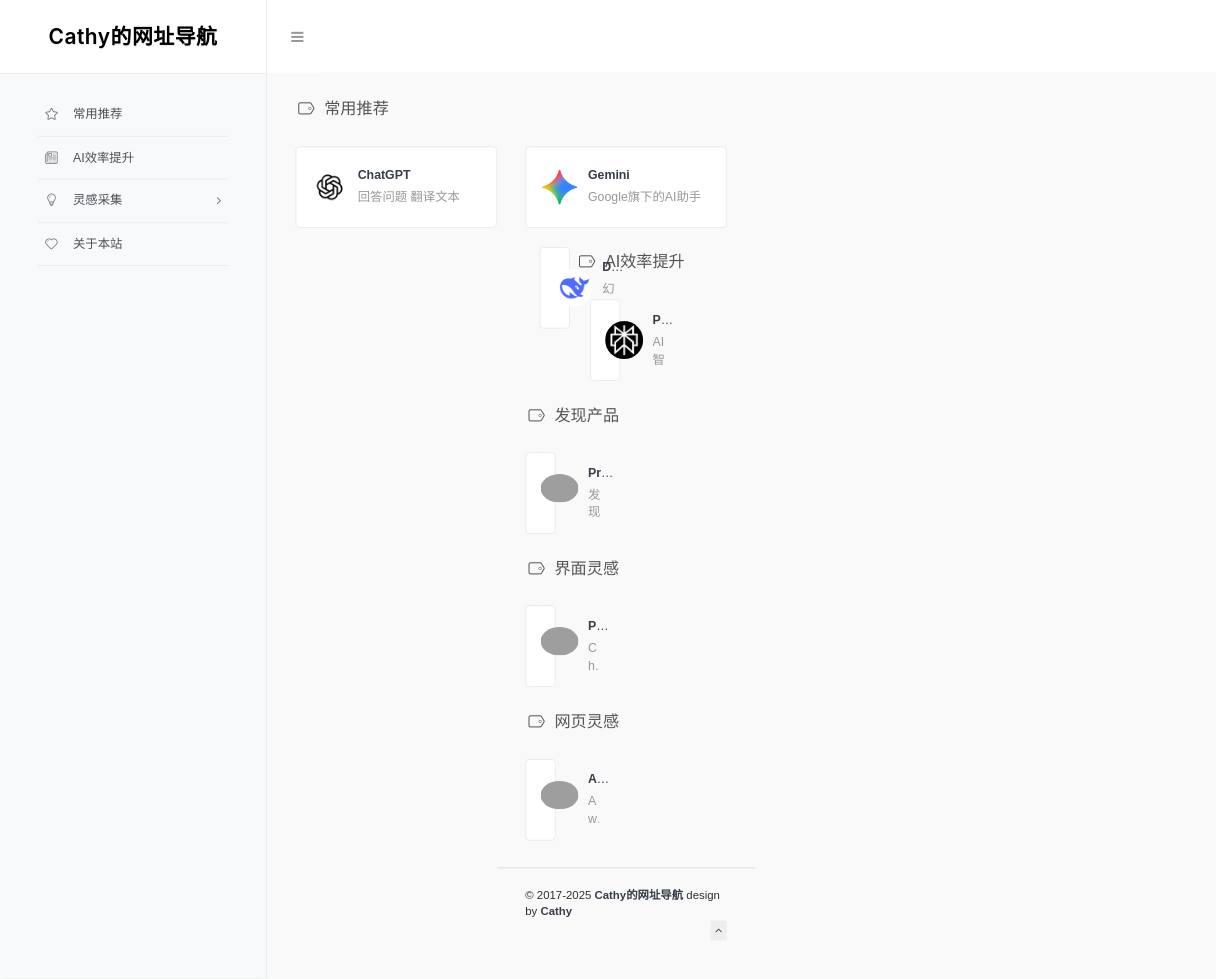
Repository: SweetPomelo0/AINav
Page: cn/index.html
An editor plug-in stored every save of this project. The page is shown before and after the next save, followed by the edit.
The browser window is 1280 px wide. The pictures show the whole page, at 95% of full size.
Pictures or frames that could not be fetched are drawn as grey boxes.

Above is the page before, as saved 2025-07-24 23:09:02.

### cn/index.html
<!doctype html>
<html lang="zh">
  <head>
    <meta charset="utf-8" />
    <meta http-equiv="X-UA-Compatible" content="IE=edge" />
    <meta name="viewport" content="width=device-width, initial-scale=1.0" />
    <meta name="author" content="viggo" />
    <title>Cathy的网址导航</title>
    <meta name="keywords" content="Cathy的网址导航,收集工作中常用网址" />
    <meta name="description" content="Cathy的网址导航,收集工作中常用网址" />
    <link rel="shortcut icon" href="../assets/images/favicon.png" />
    <link
      rel="stylesheet"
      href="http://fonts.googleapis.com/css?family=Arimo:400,700,400italic"
    />
    <link
      rel="stylesheet"
      href="../assets/css/fonts/linecons/css/linecons.css"
    />
    <link
      rel="stylesheet"
      href="../assets/css/fonts/fontawesome/css/font-awesome.min.css"
    />
    <link rel="stylesheet" href="../assets/css/bootstrap.css" />
    <link rel="stylesheet" href="../assets/css/xenon-core.css" />
    <link rel="stylesheet" href="../assets/css/xenon-components.css" />
    <link rel="stylesheet" href="../assets/css/xenon-skins.css" />
    <link rel="stylesheet" href="../assets/css/nav.css" />
    <style>
      /* 自定义logo文字样式 */
      .logo-text {
        text-decoration: none !important;
        display: block;
      }

      .logo-title {
        background: linear-gradient(135deg, #000000 0%, #000000 50%, #000000 100%);
        -webkit-background-clip: text;
        -webkit-text-fill-color: transparent;
        background-clip: text;
        font-size: 22px;
        font-weight: 600;
        font-family: 'Microsoft YaHei', 'PingFang SC', 'SF Pro Display', 'Helvetica Neue', Arial, sans-serif;
        text-decoration: none;
        display: block;
        line-height: 1.3;
        letter-spacing: 0.5px;
        transition: all 0.3s ease;
        text-shadow: 0 1px 1px rgba(0,0,0,0.1);
        text-align: center;
        width: 100%;
        /* 调整上下间距 */
        padding: 5px 0;
      }

      .logo-title-collapsed {
         color: #ffffff;
         font-size: 22px;
         font-weight: 700;
         font-family: 'Microsoft YaHei', 'PingFang SC', 'SF Pro Display', 'Helvetica Neue', Arial, sans-serif;
         text-decoration: none;
         display: inline-block;
         line-height: 1;
         text-align: center;
         width: 42px;
         height: 42px;
         line-height: 42px;
         background: linear-gradient(135deg, #000000 0%, #000000 50%, #000000 100%);
         border-radius: 12px;
         transition: all 0.3s cubic-bezier(0.4, 0, 0.2, 1);
         box-shadow: 0 4px 12px rgba(30, 136, 229, 0.3);
         border: 2px solid rgba(255, 255, 255, 0.1);
       }


      /* 确保logo容器样式 */
       .sidebar-menu .logo-env .logo {
         text-align: center !important;
         width: 100% !important;
         float: none !important;
         display: flex !important;
         justify-content: center !important;
         align-items: center !important;
       }

       /* 添加微妙的发光效果
       .logo-title::before {
         content: '';
         position: absolute;
         top: 0;
         left: 0;
         right: 0;
         bottom: 0;
         background: linear-gradient(135deg, rgba(199, 129, 191, 0.1) 0%, rgba(199, 129, 191, 0.1) 100%);
         border-radius: 8px;
         opacity: 0;
         transition: opacity 0.3s ease;
         z-index: -1;
       }*/

       .logo-text:hover .logo-title::before {
         opacity: 1;
       }

       /* 为logo文字添加相对定位 */
       .logo-title {
         position: relative;
       }

       /* 浅色侧边栏主题样式 */
       .sidebar-menu {
         background: #f8f9fa !important;
         border-right: 1px solid #e9ecef;
         box-shadow: 2px 0 10px rgba(0,0,0,0.1);
       }

       .sidebar-menu .logo-env {
         background: #ffffff;
         border-bottom: 1px solid #e9ecef !important;
         height: 78px;
       }

       .sidebar-menu .main-menu a {
         color: #495057 !important;
         border-bottom: 1px solid #e9ecef !important;
         transition: all 0.3s ease;
       }

       .sidebar-menu .main-menu a:hover {
         color: #007bff !important;
         background: #f1f3f4;
         padding-left: 15px;
         border-left: 3px solid #007bff;
       }

       .sidebar-menu .main-menu li.active > a {
         color: #007bff !important;
         background: #e3f2fd;
         border-left: 3px solid #007bff;
         font-weight: 500;
       }

       .sidebar-menu .main-menu a > i {
         color: #6c757d;
       }

       .sidebar-menu .main-menu a:hover > i,
       .sidebar-menu .main-menu li.active > a > i {
         color: #007bff;
       }

       .sidebar-menu .main-menu li.has-sub > a:before {
         color: #6c757d !important;
       }

       .sidebar-menu .main-menu li.has-sub:hover > a:before,
       .sidebar-menu .main-menu li.has-sub.active > a:before {
         color: #007bff !important;
       }

       /* 子菜单样式 */
       .sidebar-menu .main-menu ul li a {
         color: #6c757d !important;
         padding-left: 35px;
         font-size: 13px;
       }

       .sidebar-menu .main-menu ul li a:hover {
         color: #007bff !important;
         background: #f8f9fa;
         padding-left: 45px;
       }

       .sidebar-menu .main-menu ul li.active > a {
         color: #007bff !important;
         background: #e3f2fd;
         font-weight: 500;
       }

       /* 标签样式调整 */
       .sidebar-menu .main-menu .label {
         background: #28a745;
         color: white;
       }

       .sidebar-menu .main-menu .label-pink {
         background: #e91e63;
       }

       .sidebar-menu .main-menu .label-Primary {
         background: #007bff;
       }
    </style>
    <script src="../assets/js/jquery-1.11.1.min.js"></script>
  </head>

  <body class="page-body">
    <!-- skin-white -->
    <div class="page-container">
      <div class="sidebar-menu toggle-others fixed">
        <div class="sidebar-menu-inner">
          <header class="logo-env">
            <!-- logo -->
            <div class="logo">
              <a href="index.html" class="logo-expanded logo-text">
                <span class="logo-title">Cathy的网址导航</span>
              </a>
              <a href="index.html" class="logo-collapsed logo-text">
                <span class="logo-title-collapsed">C</span>
              </a>
            </div>

          </header>
          <ul id="main-menu" class="main-menu">
            <li>
              <a href="#常用推荐" class="smooth">
                <i class="linecons-star"></i>
                <span class="title">常用推荐</span>
              </a>
            </li>
            <li>
              <a href="#AI效率提升" class="smooth">
                <i class="linecons-doc"></i>
                <span class="title">AI效率提升</span>
              </a>
            </li>
            <li>
              <a>
                <i class="linecons-lightbulb"></i>
                <span class="title">灵感采集</span>
              </a>
              <ul>
                <li>
                  <a href="#发现产品" class="smooth">
                    <span class="title">发现产品</span>
                  </a>
                </li>
                <li>
                  <a href="#界面灵感" class="smooth">
                    <span class="title">界面灵感</span>
                  </a>
                </li>
                <li>
                  <a href="#网页灵感" class="smooth">
                    <span class="title">网页灵感</span>
                    <span class="label label-pink pull-right hidden-collapsed"
                      >Hot</span
                    >
                  </a>
                </li>

              </ul>
            </li>

            <li>
              <a href="about.html">
                <i class="linecons-heart"></i>
                <span class="tooltip-blue">关于本站</span>
                <!-- <span class="label label-Primary pull-right hidden-collapsed"
                  > </span> -->
              </a>
            </li>

          </ul>
        </div>
      </div>
      <div class="main-content">
        <nav class="navbar user-info-navbar" role="navigation">
          <!-- User Info, Notifications and Menu Bar -->
          <!-- Left links for user info navbar -->
          <ul class="user-info-menu left-links list-inline list-unstyled">
            <li class="hidden-sm hidden-xs">
              <a href="#" data-toggle="sidebar">
                <i class="fa-bars"></i>
              </a>
            </li>
        </nav>

        <!-- 常用推荐 -->
        <h4 class="text-gray">
          <i class="linecons-tag" style="margin-right: 7px" id="常用推荐"></i>常用推荐
        </h4>
        <div class="row">
          <div class="col-sm-3">
                    <div class="xe-widget xe-conversations box2 label-info" onclick="window.open('https://chatgpt.com/', '_blank')" data-toggle="tooltip" data-placement="bottom" title="" data-original-title="https://chatgpt.com/">
                        <div class="xe-comment-entry">
                            <a class="xe-user-img">
                                <img data-src="../assets/images/logos/chatgpt.png" class="lozad img-circle" width="40">
                            </a>
                            <div class="xe-comment">
                                <a href="#" class="xe-user-name overflowClip_1">
                                    <strong>ChatGPT</strong>
                                </a>
                                <p class="overflowClip_2">回答问题 翻译文本</p>
                            </div>
                        </div>
                    </div>
                </div>

          <div class="col-sm-3">
            <div
              class="xe-widget xe-conversations box2 label-info"
              onclick="window.open('https://gemini.google.com/app', '_blank')"
              data-toggle="tooltip"
              data-placement="bottom"
              title=""
              data-original-title="https://gemini.google.com/app"
            >
              <div class="xe-comment-entry">
                <a class="xe-user-img">
                  <img
                    data-src="../assets/images/logos/gemini.png"
                    class="lozad img-circle"
                    width="40"
                  />
                </a>
                <div class="xe-comment">
                  <a href="#" class="xe-user-name overflowClip_1">
                    <strong> Gemini</strong>
                  </a>
                  <p class="overflowClip_2">
                    Google旗下的AI助手
                  </p>
                </div>
              </div>
          </div>

          <div class="col-sm-3">
            <div
              class="xe-widget xe-conversations box2 label-info"
              onclick="window.open('https://chat.deepseek.com/', '_blank')"
              data-toggle="tooltip"
              data-placement="bottom"
              title=""
              data-original-title="https://chat.deepseek.com/"
            >
              <div class="xe-comment-entry">
                <a class="xe-user-img">
                  <img
                    data-src="../assets/images/logos/deepseek.png"
                    class="lozad img-circle"
                    width="40"
                  />
                </a>
                <div class="xe-comment">
                  <a href="#" class="xe-user-name overflowClip_1">
                    <strong> DeepSeek</strong>
                  </a>
                  <p class="overflowClip_2">
                    幻方量化推出的AI智能助手
                  </p>
                </div>
              </div>
          </div>


        </div>
        <br />
        <!-- END 常用推荐 -->

        <!-- AI效率提升 -->
        <h4 class="text-gray">
          <i class="linecons-tag" style="margin-right: 7px" id="AI效率提升"></i
          >AI效率提升
        </h4>
        <div class="row">
          <div class="col-sm-3">
            <div
              class="xe-widget xe-conversations box2 label-info"
              onclick="window.open('https://www.perplexity.ai/', '_blank')"
              data-toggle="tooltip"
              data-placement="bottom"
              title=""
              data-original-title="https://www.perplexity.ai/"
            >
              <div class="xe-comment-entry">
                <a class="xe-user-img">
                  <img
                    data-src="../assets/images/logos/perplexity.png"
                    class="lozad img-circle"
                    width="40"
                  />
                </a>
                <div class="xe-comment">
                  <a href="#" class="xe-user-name overflowClip_1">
                    <strong>Perplexity</strong>
                  </a>
                  <p class="overflowClip_2">
                    AI智能搜索
                  </p>
                </div>
              </div>
            </div>
          </div>
        </div>

        <br />
        <!--END AI提效 -->
        <!-- 发现产品 -->
        <h4 class="text-gray">
          <i class="linecons-tag" style="margin-right: 7px" id="发现产品"></i
          >发现产品
        </h4>
        <div class="row">
          <div class="col-sm-3">
            <div
              class="xe-widget xe-conversations box2 label-info"
              onclick="window.open('https://www.producthunt.com/', '_blank')"
              data-toggle="tooltip"
              data-placement="bottom"
              title=""
              data-original-title="https://www.producthunt.com/"
            >
              <div class="xe-comment-entry">
                <a class="xe-user-img">
                  <img
                    data-src="../assets/images/logos/producthunt.png"
                    class="lozad img-circle"
                    width="40"
                  />
                </a>
                <span
                  class="label label-info"
                  data-toggle="tooltip"
                  data-placement="left"
                  title=""
                  data-original-title="Hello I am a Tooltip"
                ></span>
                <div class="xe-comment">
                  <a href="#" class="xe-user-name overflowClip_1">
                    <strong>Producthunt</strong>
                  </a>
                  <p class="overflowClip_2">发现新鲜有趣的产品</p>
                </div>
              </div>
            </div>
          </div>
        </div>
        <br />
        <!--END 发现产品 -->
        <!-- 界面灵感 -->
        <h4 class="text-gray">
          <i class="linecons-tag" style="margin-right: 7px" id="界面灵感"></i
          >界面灵感
        </h4>
        <div class="row">
          <div class="col-sm-3">
            <div
              class="xe-widget xe-conversations box2 label-info"
              onclick="window.open('https://www.pttrns.com/', '_blank')"
              data-toggle="tooltip"
              data-placement="bottom"
              title=""
              data-original-title="https://www.pttrns.com/"
            >
              <div class="xe-comment-entry">
                <a class="xe-user-img">
                  <img
                    data-src="../assets/images/logos/Pttrns.png"
                    class="lozad img-circle"
                    width="40"
                  />
                </a>
                <div class="xe-comment">
                  <a href="#" class="xe-user-name overflowClip_1">
                    <strong>Pttrns</strong>
                  </a>
                  <p class="overflowClip_2">
                    Check out the finest collection of design patterns,
                    resources, mobile apps and inspiration
                  </p>
                </div>
              </div>
            </div>
          </div>

        </div>
        <!--END 界面灵感 -->
        <br />
        <!-- 网页灵感 -->
        <h4 class="text-gray">
          <i class="linecons-tag" style="margin-right: 7px" id="网页灵感"></i
          >网页灵感
        </h4>
        <div class="row">
          <div class="col-sm-3">
            <div
              class="xe-widget xe-conversations box2 label-info"
              onclick="window.open('https://www.awwwards.com/', '_blank')"
              data-toggle="tooltip"
              data-placement="bottom"
              title=""
              data-original-title="https://www.awwwards.com/"
            >
              <div class="xe-comment-entry">
                <a class="xe-user-img">
                  <img
                    data-src="../assets/images/logos/awwwards.png"
                    class="lozad img-circle"
                    width="40"
                  />
                </a>
                <div class="xe-comment">
                  <a href="#" class="xe-user-name overflowClip_1">
                    <strong>Awwwards</strong>
                  </a>
                  <p class="overflowClip_2">
                    Awwwards are the Website Awards that recognize and promote
                    the talent and effort of the best developers, designers and
                    web agencies in the world.
                  </p>
                </div>
              </div>
            </div>
          </div>

        </div>

        <br />

        <footer class="main-footer sticky footer-type-1">
          <div class="footer-inner">
            <!-- Add your copyright text here -->
            <div class="footer-text">
              &copy; 2017-2025
              <a href="../cn/about.html"><strong>Cathy的网址导航</strong></a> design by
              <a href="https://www.viggoz.com" target="_blank"
                ><strong>Cathy</strong></a
              >
              <!--  - Purchase for only <strong>23$</strong> -->
            </div>
            <!-- Go to Top Link, just add rel="go-top" to any link to add this functionality -->
            <div class="go-up">
              <a href="#" rel="go-top">
                <i class="fa-angle-up"></i>
              </a>
            </div>
          </div>
        </footer>
      </div>
    </div>
    <!-- 锚点平滑移动 -->
    <script type="text/javascript">
      $(document).ready(function () {
        //img lazy loaded
        const observer = lozad();
        observer.observe();

        $(document).on("click", ".has-sub", function () {
          var _this = $(this);
          if (!$(this).hasClass("expanded")) {
            setTimeout(function () {
              _this.find("ul").attr("style", "");
            }, 300);
          } else {
            $(".has-sub ul").each(function (id, ele) {
              var _that = $(this);
              if (_this.find("ul")[0] != ele) {
                setTimeout(function () {
                  _that.attr("style", "");
                }, 300);
              }
            });
          }
        });
        $(".user-info-menu .hidden-sm").click(function () {
          if ($(".sidebar-menu").hasClass("collapsed")) {
            $(".has-sub.expanded > ul").attr("style", "");
          } else {
            $(".has-sub.expanded > ul").show();
          }
        });
        $("#main-menu li ul li").click(function () {
          $(this).siblings("li").removeClass("active"); // 删除其他兄弟元素的样式
          $(this).addClass("active"); // 添加当前元素的样式
        });
        $("a.smooth").click(function (ev) {
          ev.preventDefault();

          public_vars.$mainMenu
            .add(public_vars.$sidebarProfile)
            .toggleClass("mobile-is-visible");
          ps_destroy();
          $("html, body").animate(
            {
              scrollTop: $($(this).attr("href")).offset().top - 30,
            },
            {
              duration: 500,
              easing: "swing",
            }
          );
        });
        return false;
      });

      var href = "";
      var pos = 0;
      $("a.smooth").click(function (e) {
        $("#main-menu li").each(function () {
          $(this).removeClass("active");
        });
        $(this).parent("li").addClass("active");
        e.preventDefault();
        href = $(this).attr("href");
        pos = $(href).position().top - 30;
      });
    </script>
    <!-- Bottom Scripts -->
    <script src="../assets/js/bootstrap.min.js"></script>
    <script src="../assets/js/TweenMax.min.js"></script>
    <script src="../assets/js/resizeable.js"></script>
    <script src="../assets/js/joinable.js"></script>
    <script src="../assets/js/xenon-api.js"></script>
    <script src="../assets/js/xenon-toggles.js"></script>
    <!-- JavaScripts initializations and stuff -->
    <script src="../assets/js/xenon-custom.js"></script>
    <script src="../assets/js/lozad.js"></script>
  </body>
</html>

### assets/css/nav.css
.box2 {
  height: 86px;
  cursor: pointer;
  border-radius: 4px;
  padding: 0px 30px 0px 30px;
  background-color: #fff;
  border-radius: 4px;
  border: 1px solid #e4ecf3;
  margin: 20px 0 0 0;
  -webkit-transition: all 0.3s ease;
  -moz-transition: all 0.3s ease;
  -o-transition: all 0.3s ease;
  transition: all 0.3s ease;
}

.box2:hover {
  transform: translateY(-6px);
  -webkit-transform: translateY(-6px);
  -moz-transform: translateY(-6px);
  box-shadow: 0 26px 40px -24px rgba(0, 36, 100, 0.3);
  -webkit-box-shadow: 0 26px 40px -24px rgba(0, 36, 100, 0.3);
  -moz-box-shadow: 0 26px 40px -24px rgba(0, 36, 100, 0.3);
  -webkit-transition: all 0.3s ease;
  -moz-transition: all 0.3s ease;
  -o-transition: all 0.3s ease;
  transition: all 0.3s ease;
}

.xe-comment-entry img {
  float: left;
  display: block;
  margin-right: 10px;
}
.xe-comment {
  transform: translateY(-50%);
  position: absolute;
  margin-left: 50px;
  top: 50%;
}
.xe-comment p {
  margin-bottom: 0px;
  margin-right: 15px;
}
.overflowClip_1 {
  overflow: hidden;
  text-overflow: ellipsis;
  display: -webkit-box;
  -webkit-line-clamp: 1;
  -webkit-box-orient: vertical;
}
.overflowClip_2 {
  overflow: hidden;
  text-overflow: ellipsis;
  display: -webkit-box;
  -webkit-line-clamp: 2;
  -webkit-box-orient: vertical;
  margin-top: 5px;
}

.submit-tag {
  margin-top: 50px;
}

.img-circle {
  padding: 7px 0;
}

Loaded but not shown: assets/css/fonts/linecons/css/linecons.css (common file); assets/css/fonts/fontawesome/css/font-awesome.min.css (library); assets/css/bootstrap.css (library); assets/css/xenon-core.css (library); assets/css/xenon-components.css (library); assets/css/xenon-skins.css (library); assets/js/jquery-1.11.1.min.js (library); assets/js/bootstrap.min.js (library); assets/js/TweenMax.min.js (library); assets/js/joinable.js (library); assets/js/xenon-custom.js (1950 lines, source omitted); assets/js/xenon-toggles.js (321 lines, source omitted); assets/js/lozad.js (173 lines, source omitted); assets/js/resizeable.js (122 lines, source omitted); assets/js/xenon-api.js (91 lines, source omitted)

After the next save:
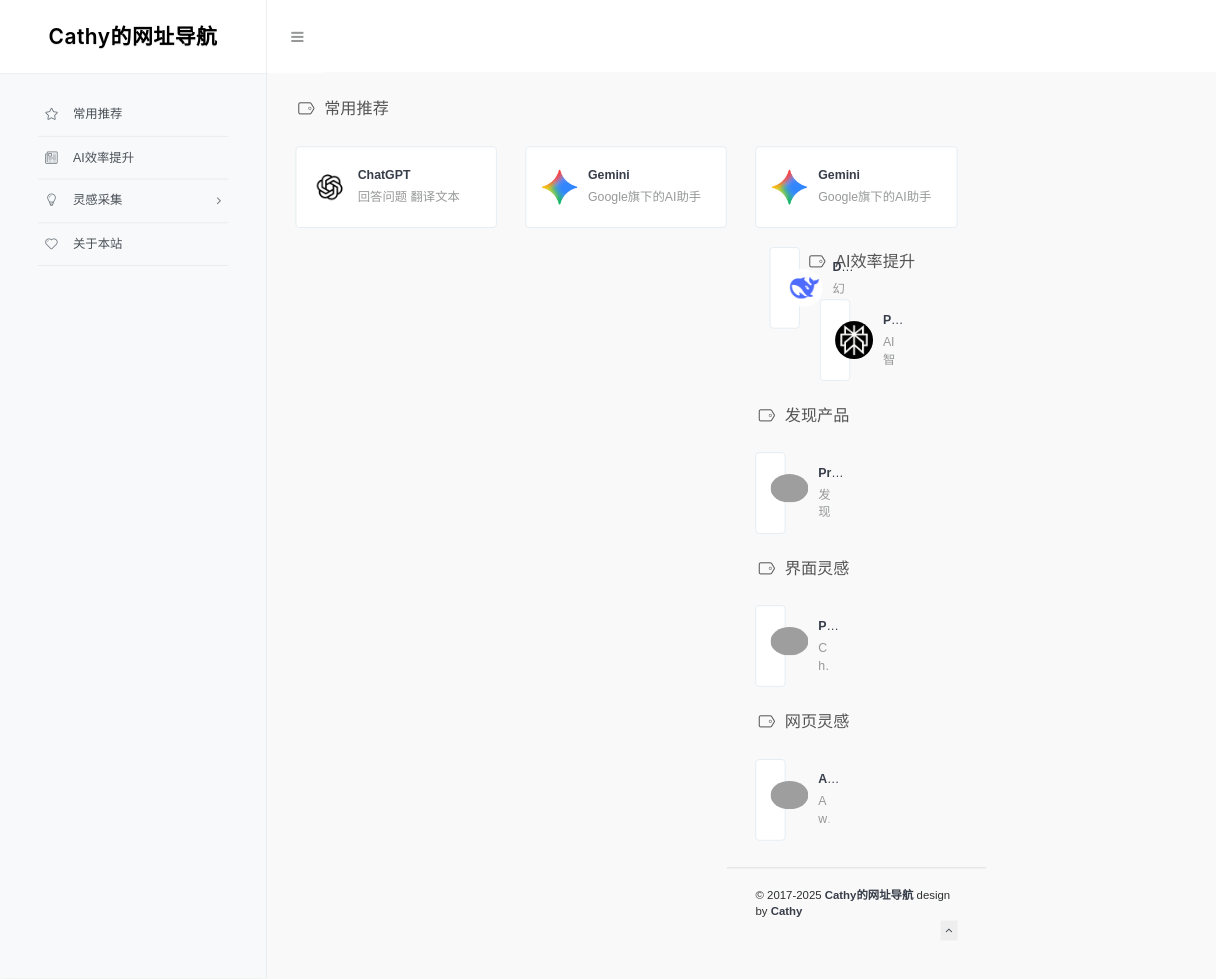
Saved 48 s later.
--- a/cn/index.html
+++ b/cn/index.html
@@ -298,6 +298,23 @@
                 </div>
 
           <div class="col-sm-3">
+                    <div class="xe-widget xe-conversations box2 label-info" onclick="window.open('https://gemini.google.com/app', '_blank')" data-toggle="tooltip" data-placement="bottom" title="" data-original-title="https://gemini.google.com/app">
+                        <div class="xe-comment-entry">
+                            <a class="xe-user-img">
+                                <img data-src="../assets/images/logos/gemini.png" class="lozad img-circle" width="40">
+                            </a>
+                            <div class="xe-comment">
+                                <a href="#" class="xe-user-name overflowClip_1">
+                                    <strong> Gemini</strong>
+                                </a>
+                                <p class="overflowClip_2">Google旗下的AI助手</p>
+                            </div>
+                        </div>
+                    </div>
+                </div>
+
+
+          <div class="col-sm-3">
             <div
               class="xe-widget xe-conversations box2 label-info"
               onclick="window.open('https://gemini.google.com/app', '_blank')"
